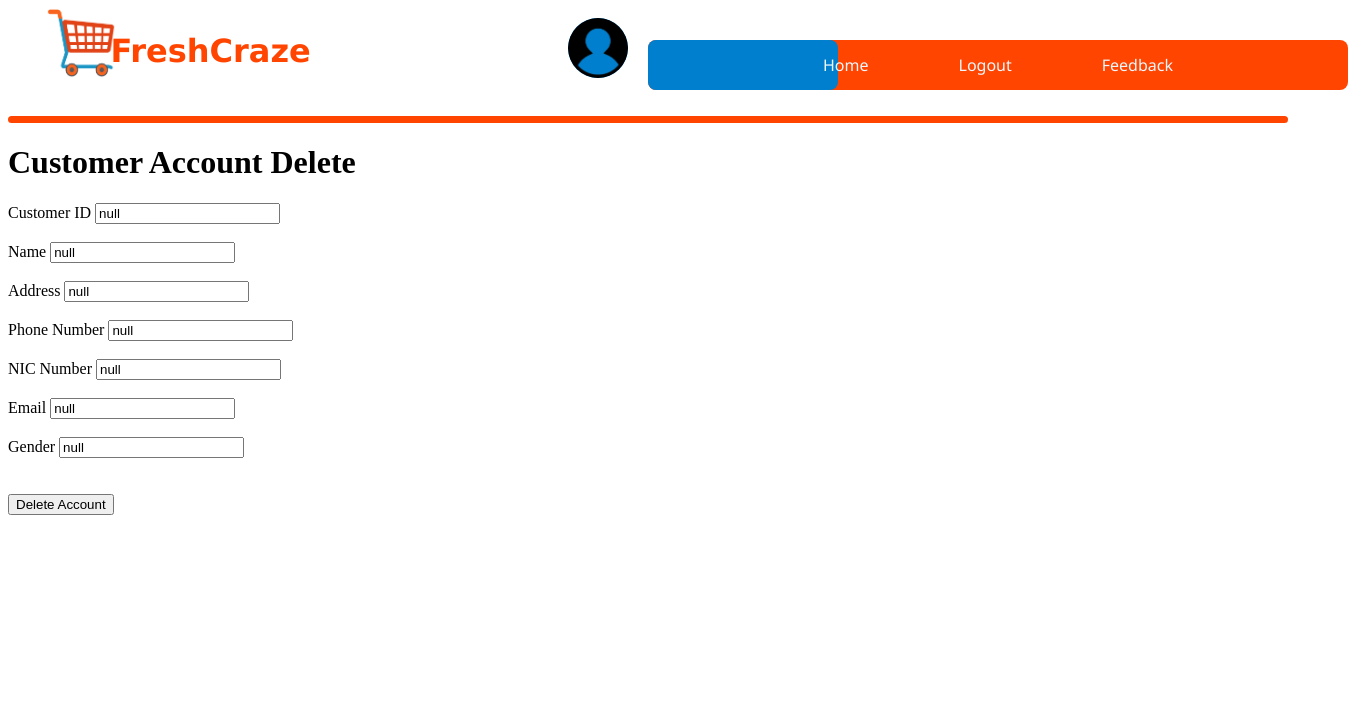
Repository: chamarac2002/FreshCraze
Page: http://localhost/CustomerDemo/deletecustomer.jsp
These files come from the project's save history. The page is drawn as it stood at one moment and after the next save; the edit follows.
The browser window is 1280 px wide. The page is 1348 px wide, so the pictures cover 1348 px, including what lies to the right of the window. The pictures show the whole page.
The page is served by Tomcat 9. Nobody is signed in. The application's start-up code is not run. Other server files are loaded and not shown.

Above is the page before, as saved 2024-05-11 07:45:07.

### CustomerDemo/src/main/webapp/deletecustomer.jsp
<%@ page language="java" contentType="text/html; charset=ISO-8859-1"
    pageEncoding="ISO-8859-1"%>
<!DOCTYPE html>
<html lang="en">
<head>
    <meta charset="UTF-8">
    <meta name="viewport" content="width=device-width, initial-scale=1.0">
    <title>Home Page</title>

    <link rel="stylesheet" href="Styles/deleteStyle.css">
</head>

<body>

<img src="images\logo.png" class="logo" >

<a href="profile.jsp">
<img src="images\user.png" class="user">
</a>

    <h1 class="logo_topic">FreshCraze</h1>

    <nav class="navbar">
        <a href="HomePageAL.jsp">Home</a>
        <a href="HomePage.jsp">Logout</a>
        <a href="link">Feedback</a>
        <span></span>
    </nav>

<hr class="topic_line">

	<%
		String id = request.getParameter("id");
		String name = request.getParameter("name");
		String address = request.getParameter("address");
		String phone = request.getParameter("phone");
		String nic = request.getParameter("nic");
		String email = request.getParameter("email");
		String gender = request.getParameter("gender");
		String password = request.getParameter("pass");
	%>

	<h1>Customer Account Delete</h1>

	<form action="delete" method="post">
		Customer ID <input type="text" name="id" value="<%= id %>" readonly><br><br>
		Name <input type="text" name="name" value="<%= name %>" readonly><br><br>
		Address <input type="text" name="address" value="<%= address %>"readonly><br><br>
		Phone Number <input type="tel" name="phone" value="<%= phone %>"readonly><br><br>
		NIC Number <input type="text" name="nic" value="<%= nic %>"readonly><br><br>
		Email <input type="email" name="email" value="<%= email %>"readonly><br><br>
		Gender <input type="text" name="gender" value="<%= gender %>"readonly><br><br><br>

		<input type="submit" name="submit" value="Delete Account">
	</form>




























</body>
</html>

### CustomerDemo/src/main/webapp/Styles/deleteStyle.css
body{
    background-color: #ffffff;
    background-repeat: no-repeat;
    background-attachment: fixed;
    background-position: center;
    width: 100%;
}

.logo{
    width: 70px;
    height: 70px;
    margin-left: 3%;
}

.user{
    width: 60px;
    height: 60px;
    margin-left: 35%;
    background-color: rgb(0, 127, 206);
    border-radius: 30px;
}



.logo_topic{
    font-family: verdana;
    margin-left: 8%;
    margin-top: -3.9%;
    color: orangered;
}

.navbar{
    margin-left:50%;
    margin-top:-4%;
    padding: 0;
    box-sizing: border-box;
    font-family: 'Segoe UI';
    display: flex;
    justify-content:center;
    align-items: center;
    min-height: 5vh;

    position:relative;
    background-color: orangered;
    border-radius: 8px;
    width: 700px;
    height: 50px;
    display: flex;
}

nav a{
    position: relative;
    display: inline-block;
    font-size: 1em;
    font-weight: 500;
    color: aliceblue;
    text-decoration: none;
    padding: 45px;
    z-index: 1;
}

nav span{
    position: absolute;
    top: 0;
    left: 0;
    width: 190px;
    height: 100%;
    background-color:rgb(0, 127, 206);
    border-radius: 8px;
    transition: .3s;
}

nav a:nth-child(1):hover~span{
    left: 0;
    width: 190px;
}

nav a:nth-child(2):hover~span{
    left: 190px;
    width: 150px;
}

nav a:nth-child(3):hover~span{
    left:330px;
    width: 150px;
}

nav a:nth-child(4):hover~span{
    left: 470px;
    width: 230px;
}

.topic_line{
    border: none;
    margin-top: 2%;
    border-top: 7px solid orangered;
    border-radius: 10px;
}

.help_button{
    box-shadow:0 0 15px rgb(0, 127, 206),0 0 25px rgb(0, 127, 206);
    border: none;
    width: 160px;
    margin-left: 44%;
    font-family: 'Segoe UI';
    padding: 10px 12px;
    color: #ffffff;
    background-color:rgb(0, 127, 206);
    border-radius: 20px;
}

.help_button:hover{
    box-shadow: 0 0 25px rgb(0, 127, 206);
}

.fb_icon{
    margin-left: 560px;
    margin-top: 20px;
}

.insta_icon{
    margin-left: 660px;
    margin-top: -51px;
}

.yt_icon{
    margin-left: 760px;
    margin-top: -51px;
}

.twitt_icon{
    margin-left: 860px;
    margin-top: -51px;
}

.footer{
    height: 200px;
    background-color: orangered;
    padding-top: 40px;
    padding-left: 25px;
    border-radius: 10px;
}

.footer_line{
    border: none;
    margin-top: 3%;
    border-top: 7px solid orangered;
    border-radius: 10px;
}

.contacts{
    font-size: 8px;
    color:rgb(255, 255, 255);
    font-family: 'Segoe UI';
    margin-left: 40%;
    margin-top: -5%;
}

.link{
    font-size: 20px ;
    margin-top: -6%;
    margin-left: 7.5%;
}

After the next save:
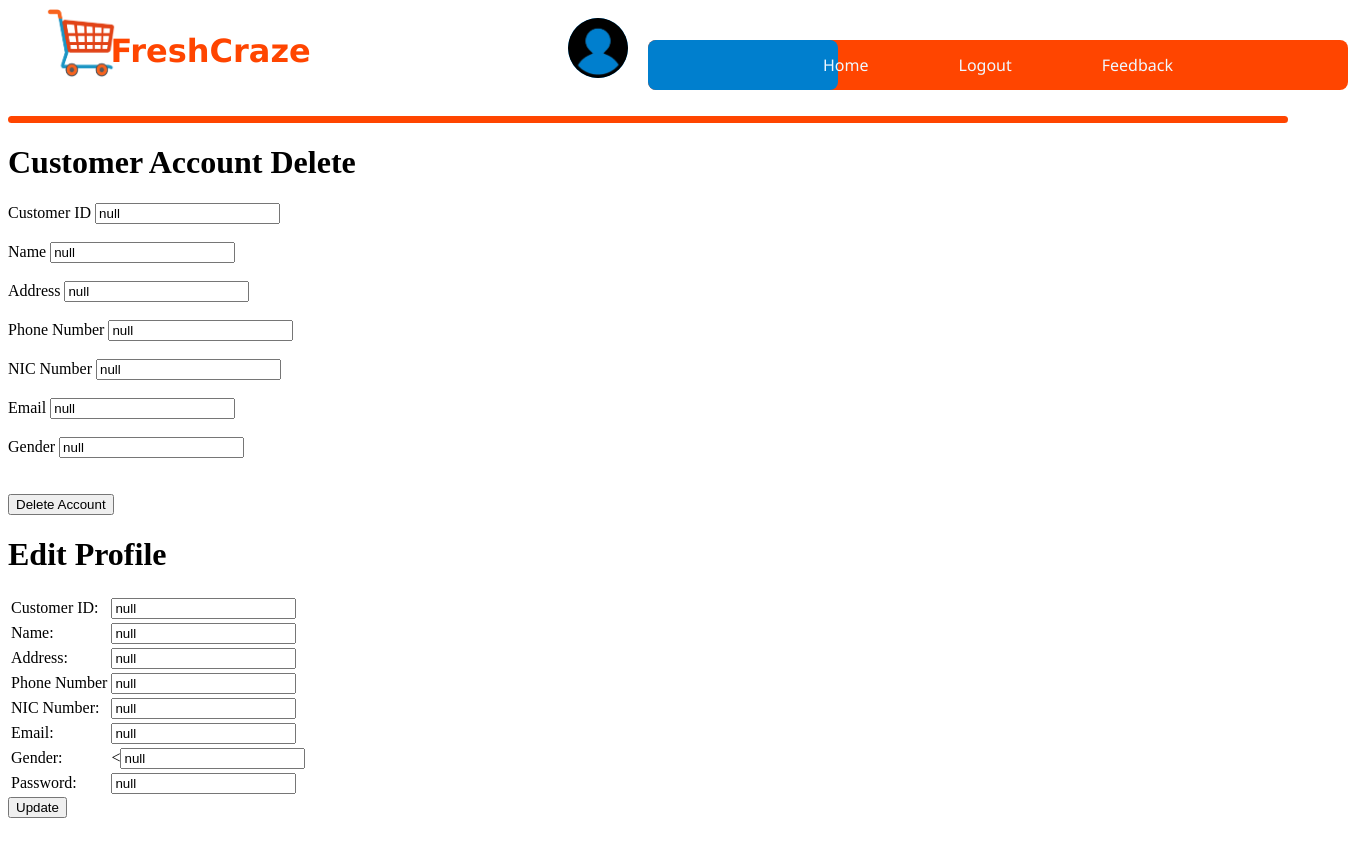
Saved 2 min 54 s later.
--- a/CustomerDemo/src/main/webapp/deletecustomer.jsp
+++ b/CustomerDemo/src/main/webapp/deletecustomer.jsp
@@ -56,6 +56,49 @@
 
 
 
+<h1 class = "head">Edit Profile</h1>
+
+<form action="update" method="post">
+	<table class = "table">
+
+   		<tbody>
+        <tr>
+			<td>Customer ID:</td>
+			<td><input type="text" name="id" value="<%= id %>" readonly></td>
+		</tr>
+		<tr class="active-row">
+			<td>Name:</td>
+			<td><input type="text" name="name" value="<%= name %>" readonly></td>
+		</tr>
+		<tr>
+			<td>Address:</td>
+			<td><input type="text" name="address" value="<%= address %>" readonly></td>
+		</tr>
+		<tr class="active-row">
+			<td>Phone Number</td>
+			<td><input type="tel" name="phone" value="<%= phone %>" readonly></td>
+		</tr>
+		<tr>
+			<td>NIC Number:</td>
+			<td><input type="text" name="nic" value="<%= nic %>" readonly></td>
+		</tr>
+		<tr class="active-row">
+			<td>Email:</td>
+			<td><input type="email" name="email" value="<%= email %>" readonly></td>
+		</tr>
+		<tr>
+			<td>Gender:</td>
+			<td><<input type="text" name="gender" value="<%= gender %>"readonly></td>
+		</tr>
+		<tr class="active-row">
+			<td>Password:</td>
+			<td><input type="text" name="pass" value="<%= password %>" readonly></td>
+		</tr>
+    </tbody>
+	</table>
+	<input type="submit" name="submit" class="sub" value="Update"><br><br><br>
+</form>
+
 
 
 
